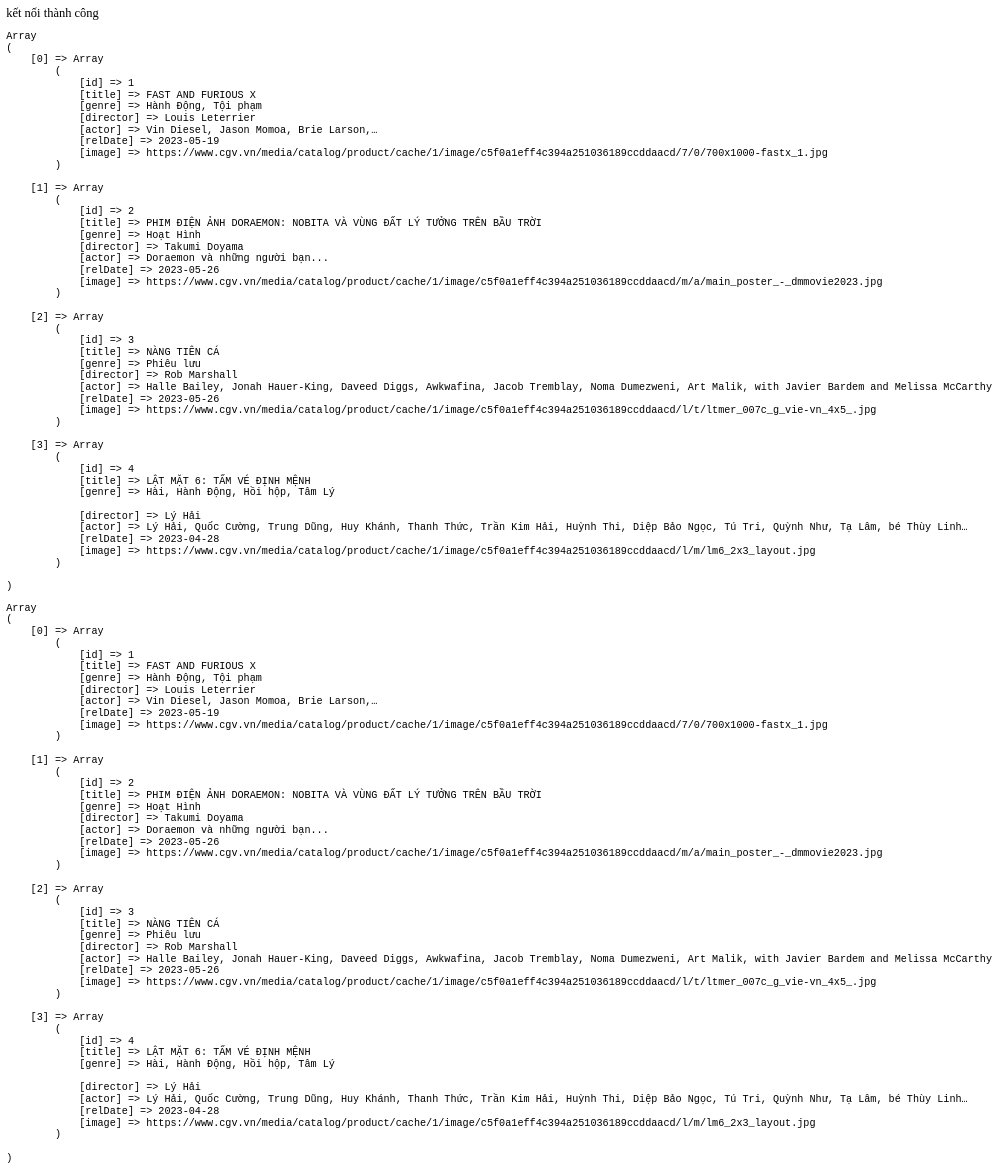
Repository: tdthinhtran961/DoAnCineMax
Page: http://localhost/model/text.php
These files come from the project's save history. The page is drawn as it stood at one moment and after the next save; the edit follows.
The browser window is 1280 px wide. The pictures show the whole page, at 78% of full size.
The page is run by PHP 8.4 with error messages shown; the project is at /var/www/html/. The database holds what the project's SQL file puts in it.

Above is the page before, as saved 2023-05-27 04:18:27.

### model/text.php
<?php
require_once "./selectMoviesDb.php";
echo "<pre>";
print_r($dataAll);
// echo json_encode($dataAll); //api
echo"</pre>";
?>

### model/selectMoviesDb.php
<?php
    require_once "./connectDB.php";
    $sql = "SELECT * FROM movies";

    try {
        $statement = $conn -> prepare($sql);
        $statement -> execute();
        $dataAll = $statement -> fetchALL(PDO::FETCH_ASSOC);

        echo "<pre>";
        print_r($dataAll);
        // echo json_encode($dataAll); //api
        echo"</pre>";
    } catch (Exception $exp) {
        echo $exp -> getMessage()."<br>";
        echo "File: ". $exp -> getFile()."<br>";
        echo "Line: ". $exp -> getLine();
    }

?>

### model/connectDB.php
<?php
    const _HOST = "localhost";
    const _DB = "cine_max_db";
    const _USER = "root";
    const _PASS = "";
    try {
        if (class_exists("PDO")) {
            $dsn = "mysql:dbname="._DB.";host="._HOST;
            $options = [
                PDO::MYSQL_ATTR_INIT_COMMAND => "SET NAMES utf8mb4",
                PDO::ATTR_ERRMODE => PDO::ERRMODE_EXCEPTION
            ];
            $conn = new PDO($dsn,_USER,_PASS,$options);

            if ($conn) {
                echo 'kết nối thành công';
            }

        }
    } catch (Exception $exception) {
        echo '<div style="color:red; padding: 5px 15px; border: 1px solid red;">';
        echo $exception -> getMessage()."<br>";
        echo '</div';
        die();
    }
?>

### model/cine_max_db.sql (the tables this page reads)
CREATE TABLE `movies` (
  `id` int(11) NOT NULL,
  `title` varchar(100) NOT NULL,
  `genre` varchar(100) NOT NULL,
  `director` varchar(50) NOT NULL,
  `actor` varchar(150) NOT NULL,
  `relDate` date NOT NULL,
  `image` varchar(255) NOT NULL
) ENGINE=InnoDB DEFAULT CHARSET=utf8mb4 COLLATE=utf8mb4_general_ci;

INSERT INTO `movies` (`id`, `title`, `genre`, `director`, `actor`, `relDate`, `image`) VALUES
(1, 'FAST AND FURIOUS X', 'Hành Động, Tội phạm', 'Louis Leterrier', 'Vin Diesel, Jason Momoa, Brie Larson,…', '2023-05-19', 'https://www.cgv.vn/media/catalog/product/cache/1/image/c5f0a1eff4c394a251036189ccddaacd/7/0/700x1000-fastx_1.jpg'),
(2, 'PHIM ĐIỆN ẢNH DORAEMON: NOBITA VÀ VÙNG ĐẤT LÝ TƯỞNG TRÊN BẦU TRỜI', 'Hoạt Hình', 'Takumi Doyama', 'Doraemon và những người bạn...', '2023-05-26', 'https://www.cgv.vn/media/catalog/product/cache/1/image/c5f0a1eff4c394a251036189ccddaacd/m/a/main_poster_-_dmmovie2023.jpg'),
(3, 'NÀNG TIÊN CÁ', 'Phiêu lưu', 'Rob Marshall', 'Halle Bailey, Jonah Hauer-King, Daveed Diggs, Awkwafina, Jacob Tremblay, Noma Dumezweni, Art Malik, with Javier Bardem and Melissa McCarthy', '2023-05-26', 'https://www.cgv.vn/media/catalog/product/cache/1/image/c5f0a1eff4c394a251036189ccddaacd/l/t/ltmer_007c_g_vie-vn_4x5_.jpg'),
(4, 'LẬT MẶT 6: TẤM VÉ ĐỊNH MỆNH', 'Hài, Hành Động, Hồi hộp, Tâm Lý\r\n', 'Lý Hải', 'Lý Hải, Quốc Cường, Trung Dũng, Huy Khánh, Thanh Thức, Trần Kim Hải, Huỳnh Thi, Diệp Bảo Ngọc, Tú Tri, Quỳnh Như, Tạ Lâm, bé Thùy Linh…', '2023-04-28', 'https://www.cgv.vn/media/catalog/product/cache/1/image/c5f0a1eff4c394a251036189ccddaacd/l/m/lm6_2x3_layout.jpg');

ALTER TABLE `movies`
  ADD PRIMARY KEY (`id`);

ALTER TABLE `movies`
  MODIFY `id` int(11) NOT NULL AUTO_INCREMENT, AUTO_INCREMENT=5;

After the next save:
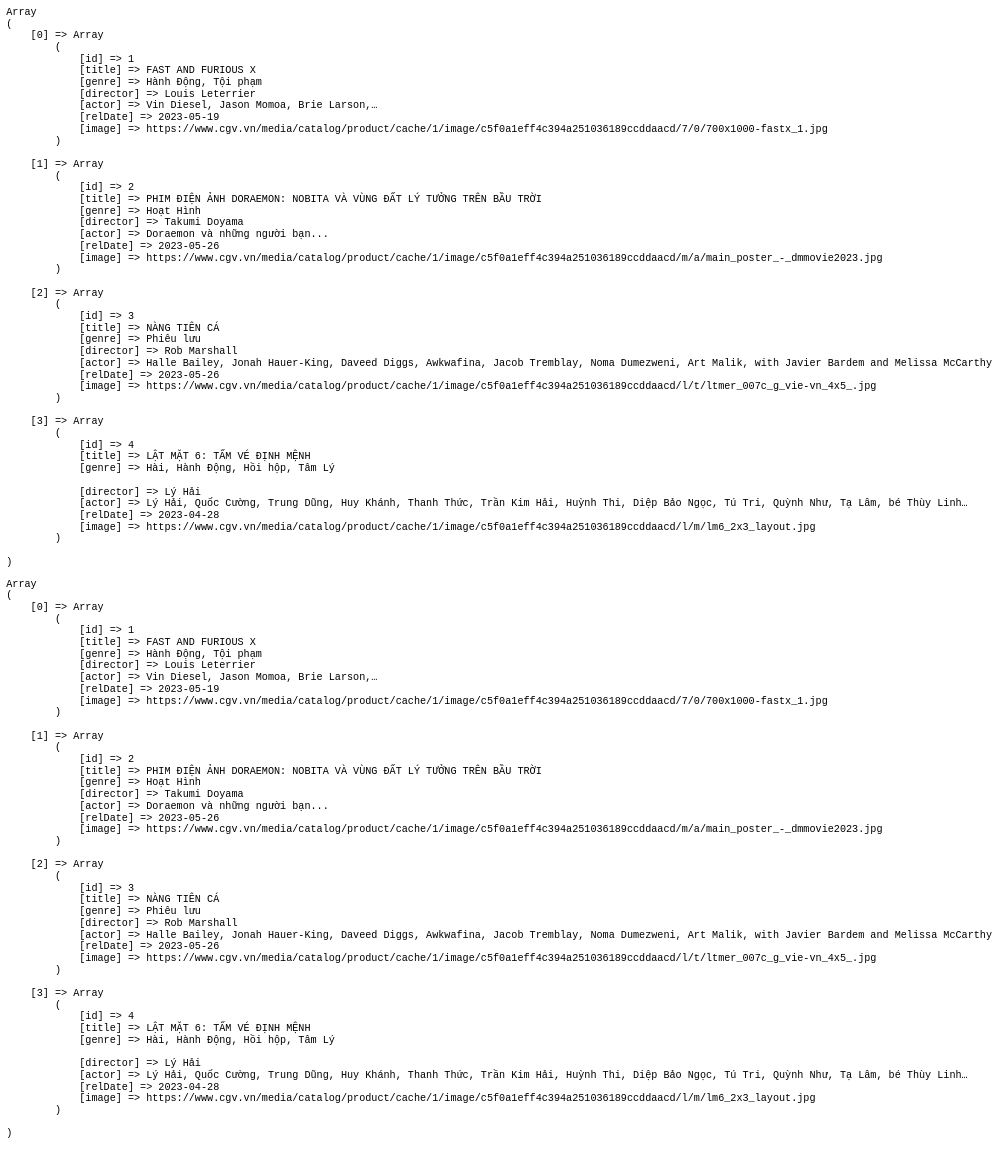
Saved 17 h 50 min later.
--- a/model/connectDB.php
+++ b/model/connectDB.php
@@ -13,7 +13,7 @@
             $conn = new PDO($dsn,_USER,_PASS,$options);
 
             if ($conn) {
-                echo 'kết nối thành công';
+                // echo 'kết nối thành công';
             }
 
         }
